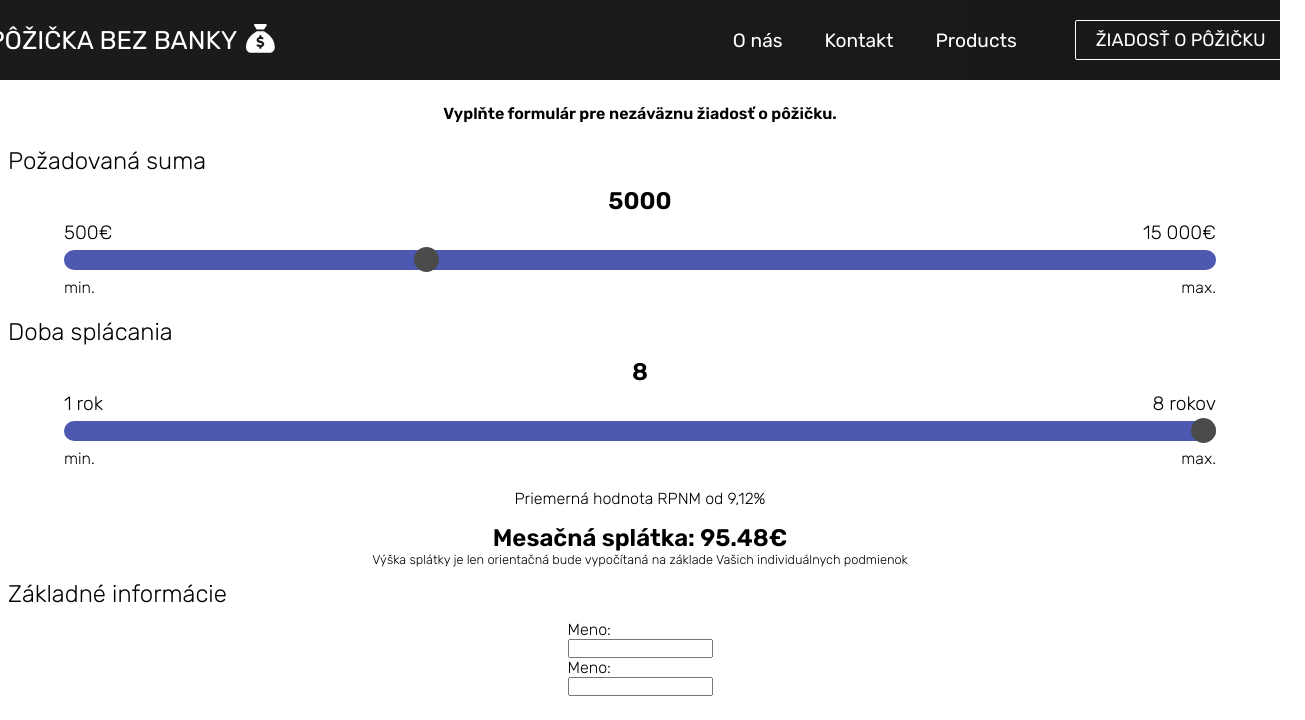
Repository: steve-lgtm/React-website-pozickabezbanky
Page: /ziadost
An editor plug-in stored every save of this project. The page is shown before and after a run of saves, followed by the edit.
The browser window is 1280 px wide. The page is 1305 px wide, so the pictures cover 1305 px, including what lies to the right of the window. The pictures show the whole page.
Some web libraries are served in a nearby version. The project was rebuilt for these pictures with package versions that can differ from the ones it lists, and the page was loaded fresh each time. Also part of the build but not shown: src/components/pages/Home.js, src/components/pages/Kontakt.js, src/components/pages/Products.js.

Above is the page before, as saved 2022-07-09 00:07:23.

After the next 2 saves:
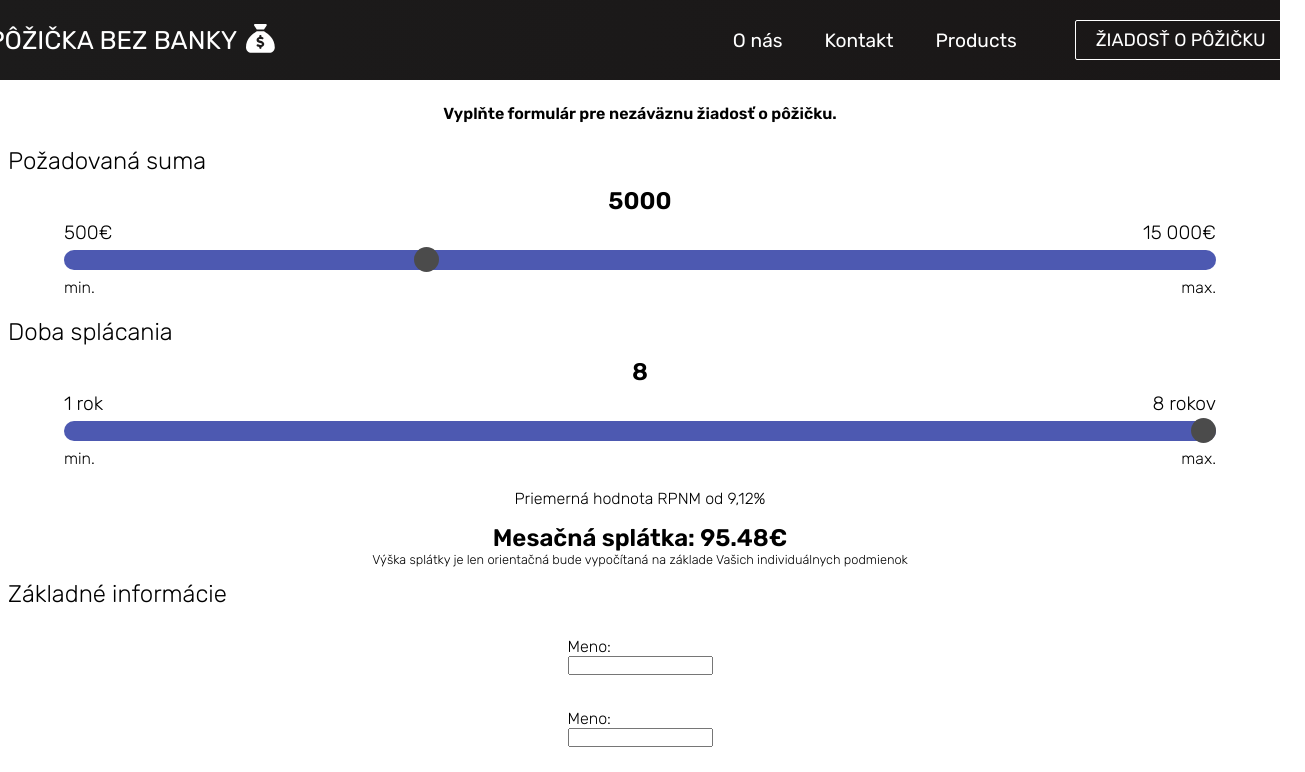
The 2 saves are shown as one change because they came seconds apart.
The last was saved 60 s later.
--- a/src/components/pages/Ziadost.css
+++ b/src/components/pages/Ziadost.css
@@ -80,8 +80,10 @@ font-weight: 300;
 }
 
 .personal-data{
-display: flex;
-flex-direction: column;
+    display: flex;
+    flex-direction: column;
+    justify-content:space-around;
+    height: 20vh;
 }
 .personal-data-field{
     display: flex;
